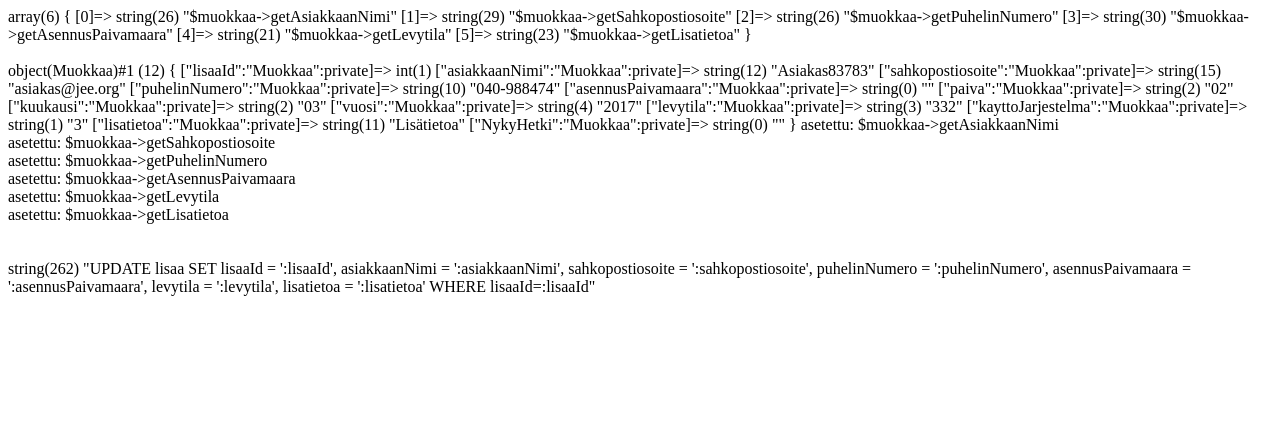
Repository: TommiKurjensalo/php
Page: http://localhost/test/function_to_function.php
An editor plug-in stored every save of this project. The page is shown before and after the next save, followed by the edit.
The browser window is 1280 px wide. The pictures show the whole page.
The page is run by PHP 8.4 with error messages shown; the project is at /var/www/html/.

Above is the page before, as saved 2017-04-25 16:37:03.

After the next save:
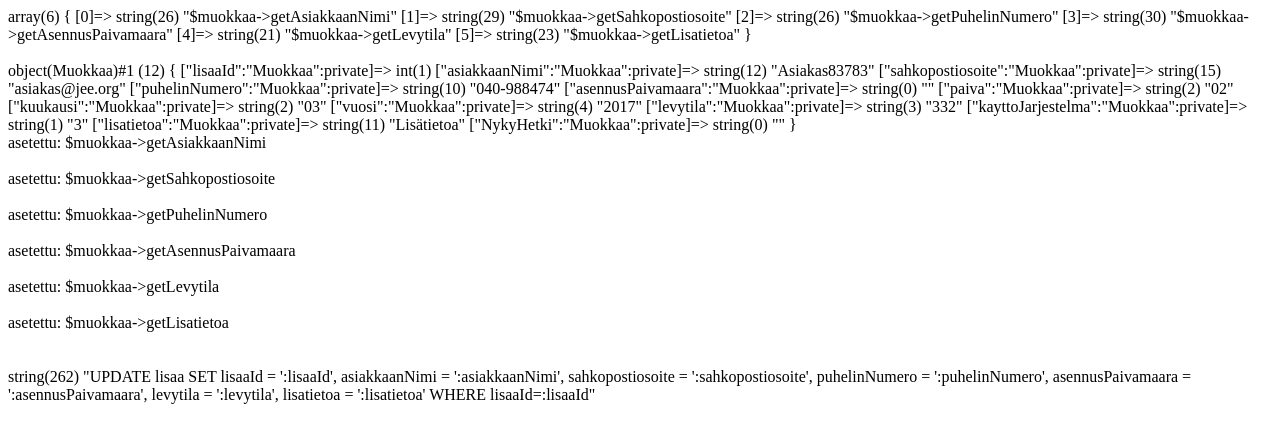
Saved 15 s later.
--- a/sivut/test/function_to_function.php
+++ b/sivut/test/function_to_function.php
@@ -377,7 +377,7 @@ public function muokkaaAsiakas($muokkaa) {
 
 	for ($i=0; $i<=5; $i++) {
 		if (isset($lista[$i])) {
-			echo 'asetettu: ' .$lista[$i].'<br>';
+			echo '<br>asetettu: ' .$lista[$i].'<br>';
 		}
 	}
 
